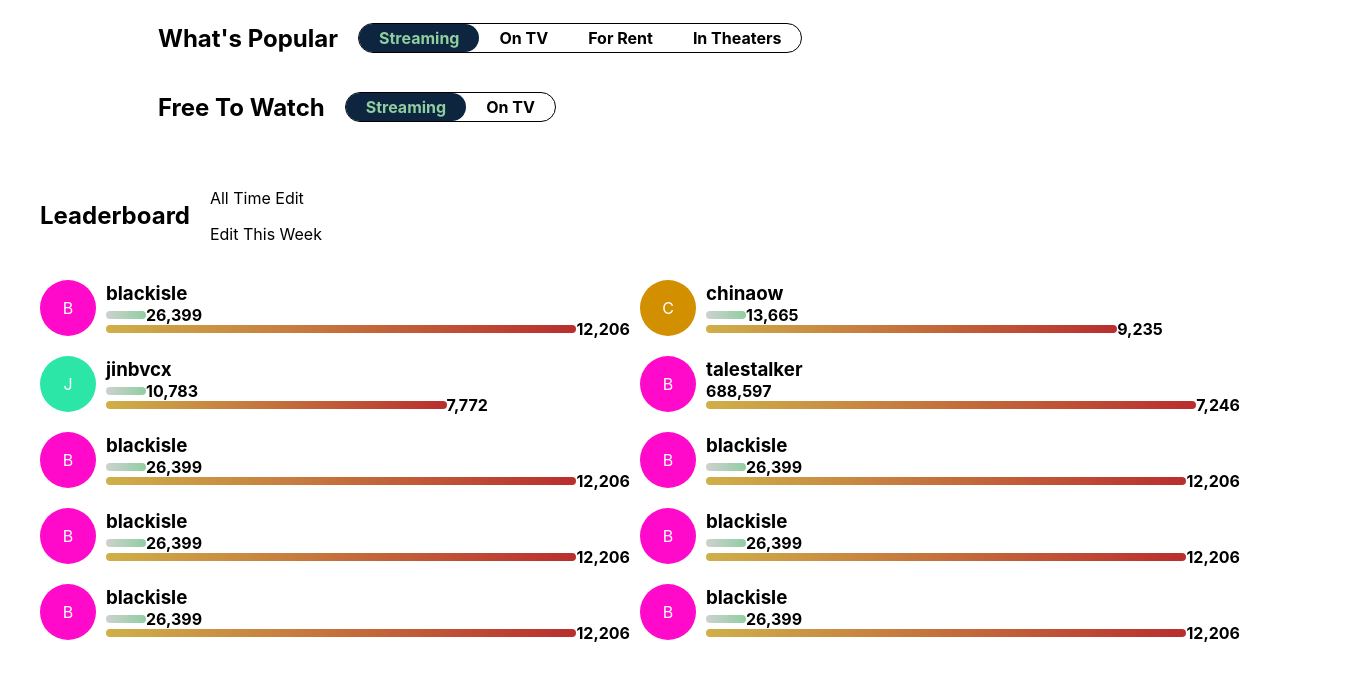
Repository: Fauzaanmhmd/qnpTesFrontend
Page: /
An editor plug-in stored every save of this project. The page is shown before and after the next save, followed by the edit.
The browser window is 1280 px wide. The page is 1371 px wide, so the pictures cover 1371 px, including what lies to the right of the window. The pictures show the part of the page from y = 364 to 1054 px (the page is 1054 px tall).
The page's requests for data from a server got no answer. The project was rebuilt for these pictures with package versions that can differ from the ones it lists, and the page was loaded fresh each time. The framework's server and built-in components were replaced by stand-ins that run in the browser. No one was signed in, and anything a server would have sent is missing. Also part of the build but not shown: next.config.js, styles/Moviecard.module.scss, pages/components/Moviecard.tsx.

Above is the page before, as saved 2022-03-20 23:03:38.

After the next save:
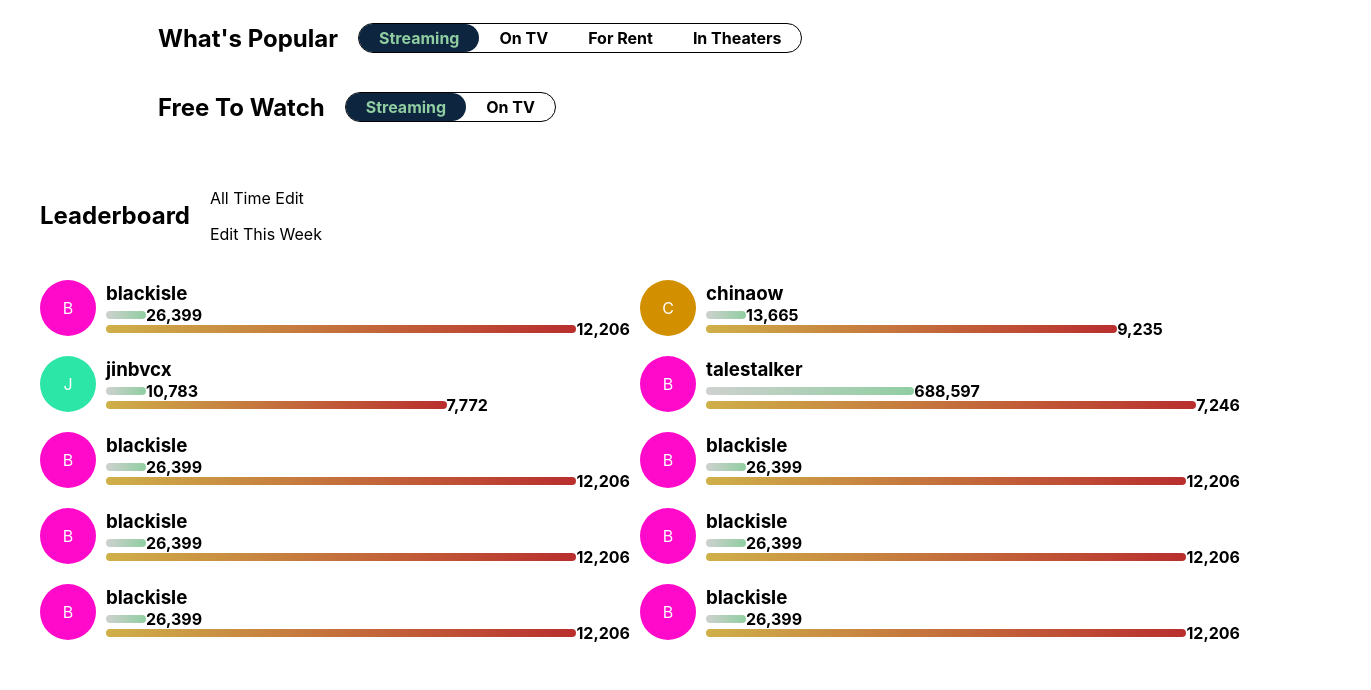
Saved 46 s later.
--- a/styles/Leaderboard.module.scss
+++ b/styles/Leaderboard.module.scss
@@ -143,6 +143,13 @@
     background: linear-gradient(to right, $lightergreen, $lightgreen);
 }
 
+.gaugeT {
+    height: 100%;
+    width: 39%;
+    border-radius: 4px;
+    background: linear-gradient(to right, $lightergreen, $lightgreen);
+}
+
 .gauge {
     height: 100%;
     min-width: 40px;
